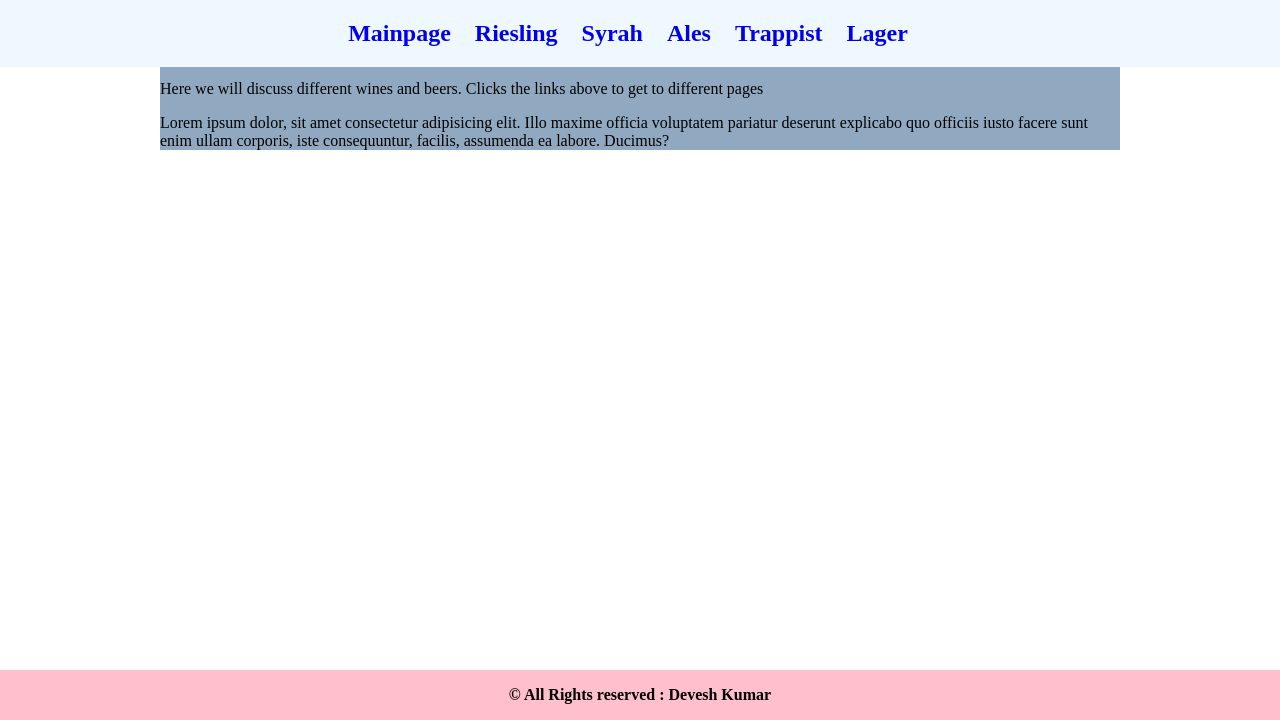
Repository: portretrieve/react-practice
Page: /
An editor plug-in stored every save of this project. The page is shown before and after the next save, followed by the edit.
The browser window is 1280 px wide. The pictures show the whole page.
The project was rebuilt for these pictures with package versions that can differ from the ones it lists, and the page was loaded fresh each time. Also part of the build but not shown: src/wines/Riesling.js, src/wines/Syrah.js, src/beers/Ale.js, src/beers/Lager.js, src/beers/Trappist.js.

Above is the page before, as saved 2021-08-26 19:59:11.

After the next save:
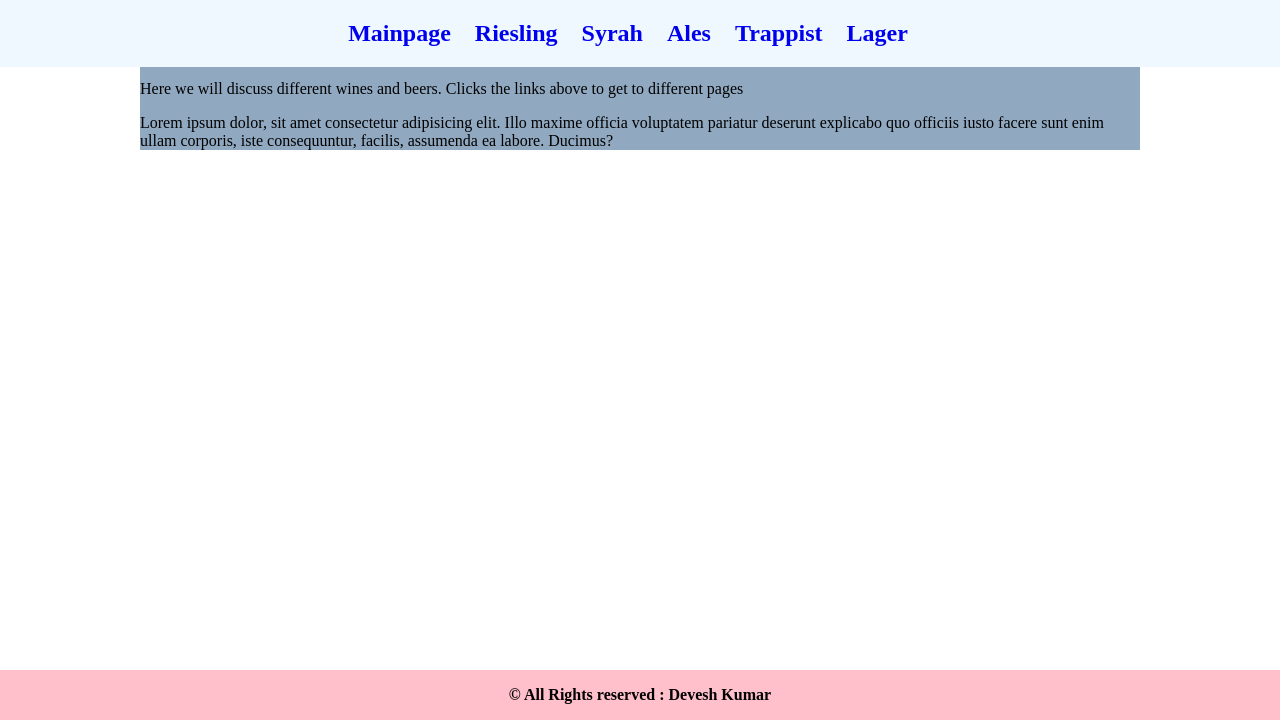
Saved 11 s later.
--- a/src/Util/centerContent.module.css
+++ b/src/Util/centerContent.module.css
@@ -1,5 +1,5 @@
 .container {
-    max-width: 960px;
+    max-width: 1000px;
     width: 90%;
     margin: 0 auto;
     background-color: rgb(145, 169, 192);
